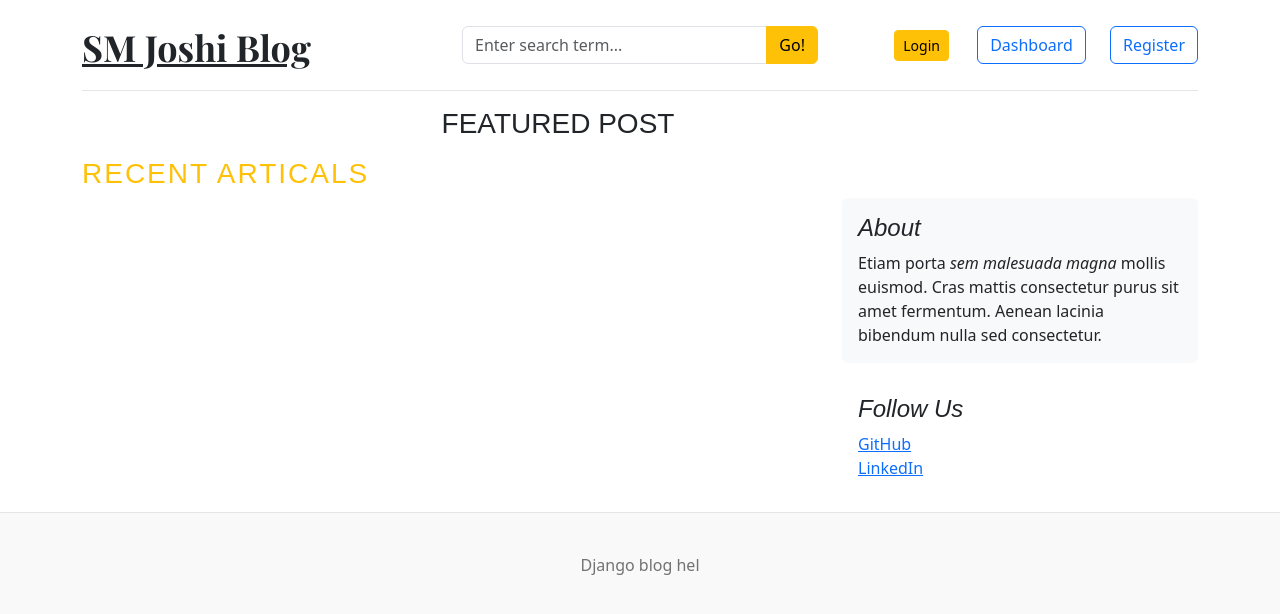
Repository: vijayholve/Blog-Website-Django
Page: templates/home.html
These files come from the project's save history. The page is drawn as it stood at one moment and after a run of saves; the edit follows.
The browser window is 1280 px wide. The pictures show the whole page.
Some web fonts or font styles are not loaded; a fallback is used. The template is drawn by Django 5.2. The application's start-up code is not run. The template is opened directly, without the code that normally fills it, so the values that code supplies are empty.

Above is the page before, as saved 2025-01-29 16:25:16.

After the next 2 saves:
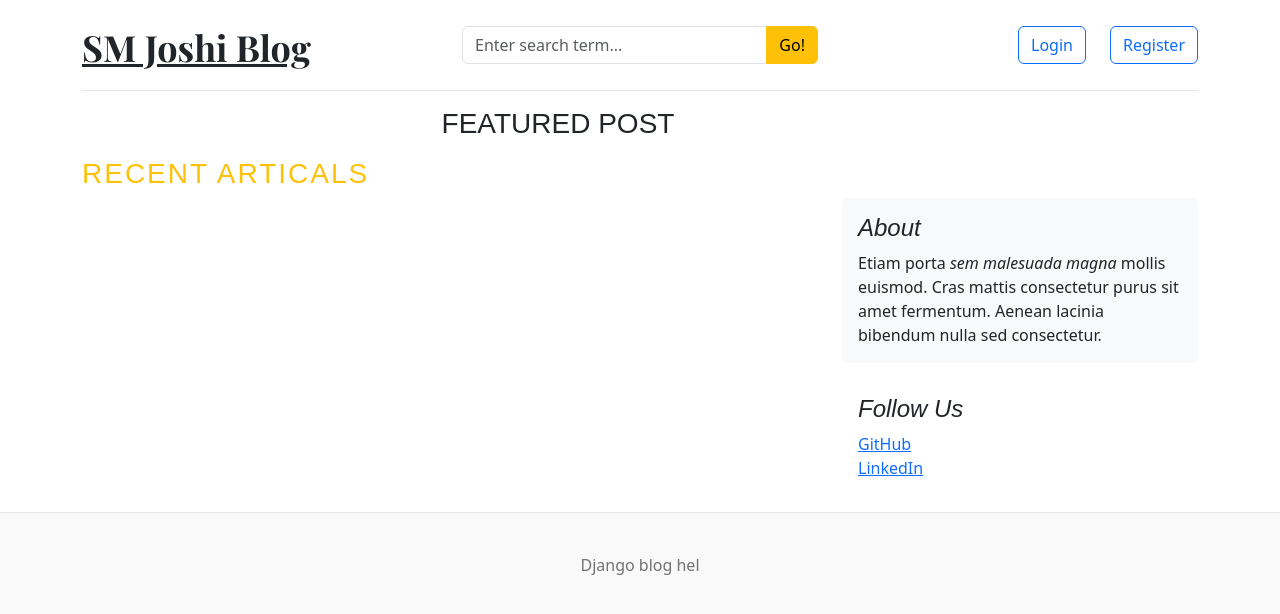
The 2 saves are shown as one change because they came seconds apart.
The last was saved 6 s later.
--- a/templates/base/header.html
+++ b/templates/base/header.html
@@ -34,10 +34,9 @@
 
           <div class="col-4 d-flex justify-content-end align-items-center">
             {% if not user.is_authenticated %}
-            <a class="btn btn-sm btn-warning" href="{% url 'login' %}">Login</a> &nbsp;
             <div class="nav-item ml-4">
               <div class="nav-link">
-                <a class="btn btn-outline-primary" href="{% url 'login' %}">Dashboard</a>
+                <a class="btn btn-outline-primary" href="{% url 'login' %}">Login</a>
               </div>
             </div>
             <div class="nav-item ml-4">
